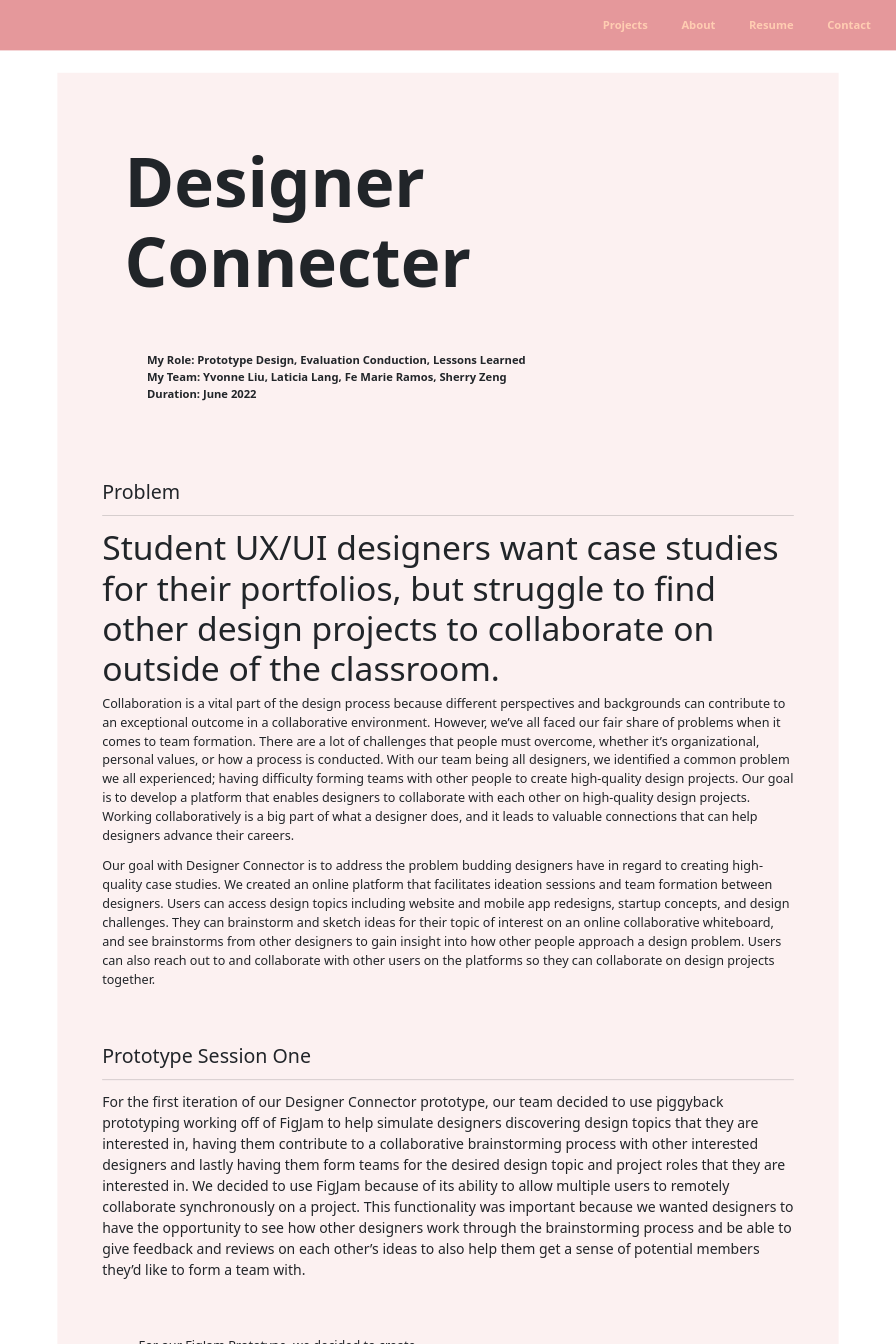
Repository: thais-chen/Portfolio
Page: designer.html
The author's editor kept a copy of each file at every save. The page is drawn from the files as they stood at one save, then again after the next save.
The browser window is 1280 px wide. The pictures show the part of the page from y = 0 to 1920 px (the page is 11273 px tall), at 70% of full size.
A picture or video elsewhere on the page could not be fetched, so the positions and the page height are approximate.

Above is the page before, as saved 2022-06-21 03:09:58.

After the next save:
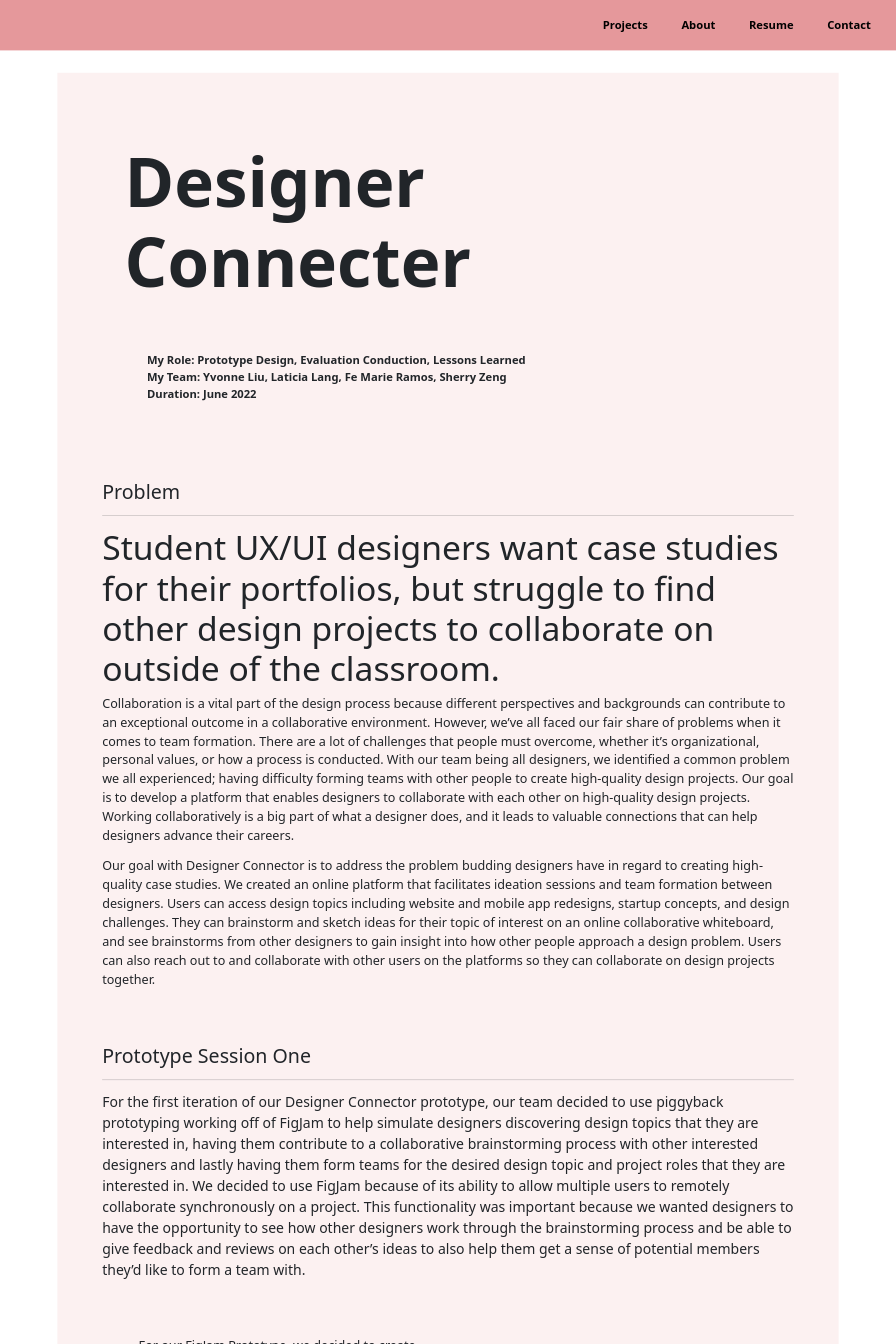
Saved 63 s later.
--- a/designer.css
+++ b/designer.css
@@ -41,7 +41,7 @@
     padding: 1.5rem;
 }
 
-a:link {  color: #ffcdb2; text-decoration: none;}
+a:link {  color: #000000; text-decoration: none;}
 
 
 a:visited {  color: #ffcdb2; text-decoration: none; }

After the save that followed:
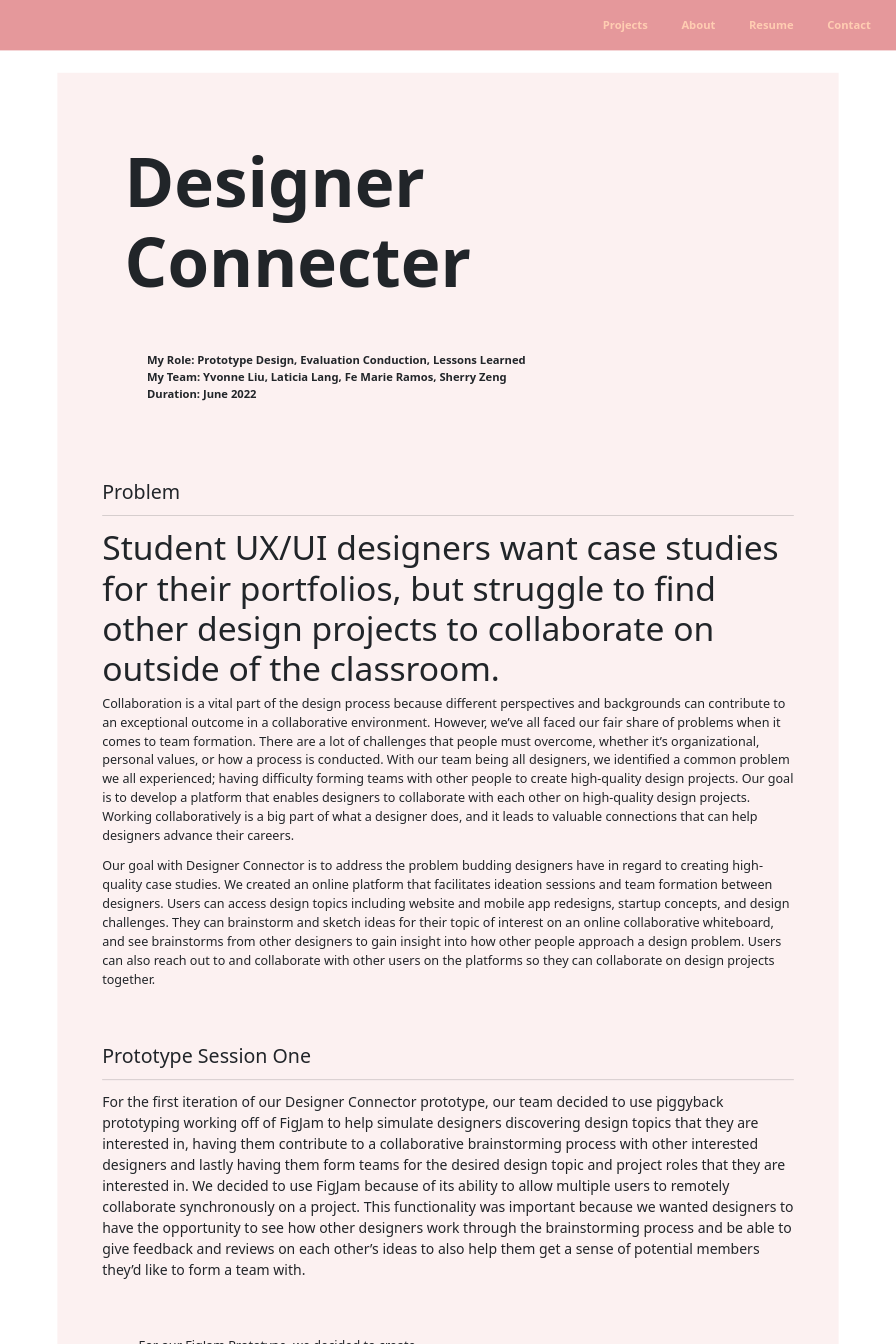
Saved 5 s later.
--- a/designer.css
+++ b/designer.css
@@ -41,7 +41,7 @@
     padding: 1.5rem;
 }
 
-a:link {  color: #000000; text-decoration: none;}
+a:link {  color: #ffcdb2; text-decoration: none;}
 
 
 a:visited {  color: #ffcdb2; text-decoration: none; }
